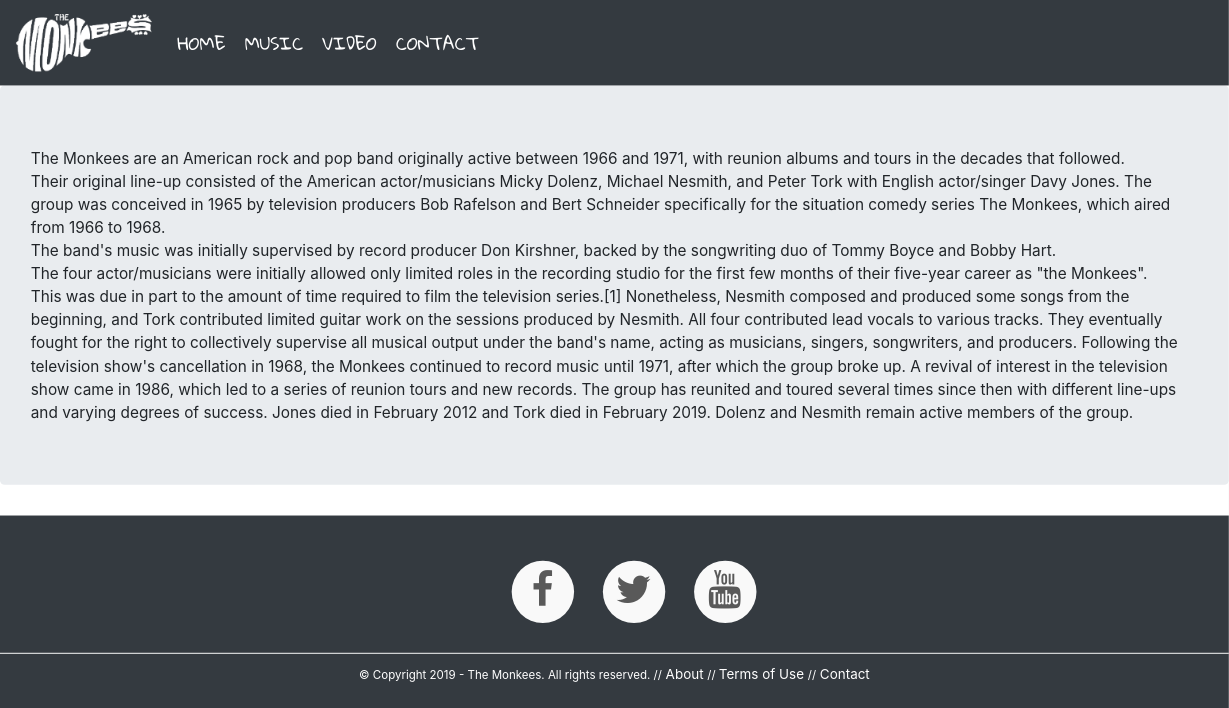
Repository: Code-Institute-Submissions/the_monkees-3
Page: about.html
The author's editor kept a record of every edit. The page is drawn from the files as they stood at one moment, then again after the next edit.
The browser window is 1280 px wide. The pictures show the whole page, at 96% of full size.
Some web libraries are served in a nearby version.

Above is the page before.

### about.html
<!DOCTYPE html>
<html lang="en">
<head>
    <meta charset="UTF-8">
    <meta name="viewport" content="width=device-width, initial-scale=1.0">
    <meta http-equiv="X-UA-Compatible" content="ie=edge">
    <script type="text/javascript" src="https://cdnjs.cloudflare.com/ajax/libs/jquery/2.1.3/jquery.min.js"></script>
    <script type="text/javascript" src="https://stackpath.bootstrapcdn.com/bootstrap/4.3.1/js/bootstrap.min.js"></script>
    <link rel="stylesheet" href="https://stackpath.bootstrapcdn.com/bootstrap/4.3.1/css/bootstrap.min.css" type="text/css" />
    <link rel="stylesheet" href="https://stackpath.bootstrapcdn.com/font-awesome/4.7.0/css/font-awesome.min.css" type="text/css" />
    <link rel="stylesheet" href="assets/css/style.css" type="text/css" />
    <title>Home|The Monkees</title>
</head>
<body>
  <header>
<!--------------------Navigation-->
    <nav class="navbar navbar-expand-sm bg-dark navbar-dark stroke">
      <a class="navbar-brand" href="index.html">
        <img src="assets/image/LOGO.png" id="logo-transparent" alt="logo" style="width:143px;">
      </a>
      <button type="button" class="navbar-toggler" data-toggle="collapse" data-target="#navbarCollapse">
        <span class="navbar-toggler-icon"></span>
      </button>

    <div class="collapse navbar-collapse" id="navbarCollapse">
      <ul class="navbar-nav">
        <li class="nav-item">
          <a class="nav-link " id="navbar-select-color" href="index.html">Home</a>
        </li>

        <li class="nav-item">
          <a class="nav-link" id="navbar-select-color" href="music.html">Music</a>
        </li>
        <li class="nav-item">
          <a class="nav-link" id="navbar-select-color" href="video.html">Video</a>
        </li>
        <li class="nav-item">
          <a class="nav-link" id="navbar-select-color" href="contact.html">Contact</a>
        </li>
      </ul>
    </div>
    </nav>
  </header>
  <section>
    <div class="biography jumbo">
      <p class="jumbotron">The Monkees are an American rock and pop band originally active between 1966 and 1971, with reunion albums and tours in the decades that followed.
      <br>Their original line-up consisted of the American actor/musicians Micky Dolenz, Michael Nesmith, and Peter Tork with English actor/singer Davy Jones.
      The group was conceived in 1965 by television producers Bob Rafelson and Bert Schneider specifically for the situation comedy series The Monkees, which aired from 1966 to 1968.
      <br>The band's music was initially supervised by record producer Don Kirshner, backed by the songwriting duo of Tommy Boyce and Bobby Hart.

<br>The four actor/musicians were initially allowed only limited roles in the recording studio for the first few months of their five-year career as "the Monkees".
<br>This was due in part to the amount of time required to film the television series.[1] Nonetheless, Nesmith composed and produced some songs from the beginning, and Tork contributed limited guitar work on the sessions produced by Nesmith.
All four contributed lead vocals to various tracks. They eventually fought for the right to collectively supervise all musical output under the band's name, acting as musicians, singers, songwriters, and producers.

Following the television show's cancellation in 1968, the Monkees continued to record music until 1971, after which the group broke up.
A revival of interest in the television show came in 1986, which led to a series of reunion tours and new records.
The group has reunited and toured several times since then with different line-ups and varying degrees of success.
Jones died in February 2012 and Tork died in February 2019. Dolenz and Nesmith remain active members of the group. </p>
    </div>


  </section>

<footer class="mainfooter bg-dark " role="contentinfo">
  <div class="footer-middle">
      <ul class="social-network social-circle">
             <li><a href="https://www.facebook.com/" class="icoFacebook" title="Facebook"><i class="fa fa-facebook"></i></a></li>
             <li><a href="https://twitter.com/" class="icoTwitter" title="Twitter"><i class="fa fa-twitter"></i></a></li>
             <li><a href="https://www.youtube.com" class="icoYoutube" title="Youtube"><i class="fa fa-youtube"></i></a></li>

      </ul>
	<div class="col-md-12 copy">
			<p class="text-center">&copy; Copyright 2019 - The Monkees.  All rights reserved. //<a href="about.html"> About </a> // <a href="terms_of_use.html"> Terms of Use </a> //<a href="contact.html"> Contact </a></p>

	</div>
  </div>
</footer>

</body>
</html>

Loaded but not shown: assets/css/style.css (1003 lines, source omitted)

After the next edit:
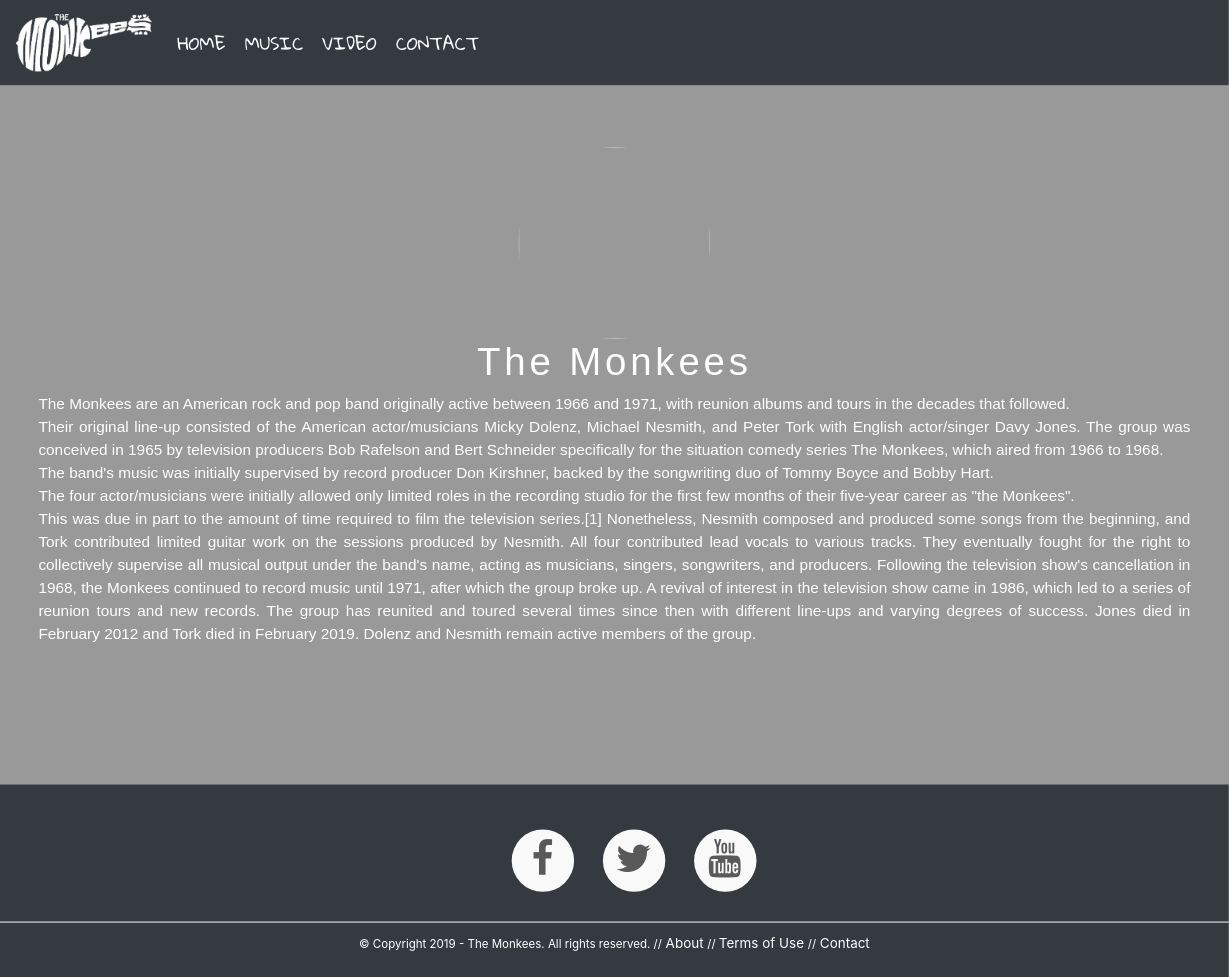
The edit:
--- a/about.html
+++ b/about.html
@@ -42,8 +42,10 @@
     </nav>
   </header>
   <section>
-    <div class="biography jumbo">
-      <p class="jumbotron">The Monkees are an American rock and pop band originally active between 1966 and 1971, with reunion albums and tours in the decades that followed.
+    <div class="box">
+      <img src="" alt="" class="box-img">
+      <h1>The Monkees</h1>
+      <p>The Monkees are an American rock and pop band originally active between 1966 and 1971, with reunion albums and tours in the decades that followed.
       <br>Their original line-up consisted of the American actor/musicians Micky Dolenz, Michael Nesmith, and Peter Tork with English actor/singer Davy Jones.
       The group was conceived in 1965 by television producers Bob Rafelson and Bert Schneider specifically for the situation comedy series The Monkees, which aired from 1966 to 1968.
       <br>The band's music was initially supervised by record producer Don Kirshner, backed by the songwriting duo of Tommy Boyce and Bobby Hart.
